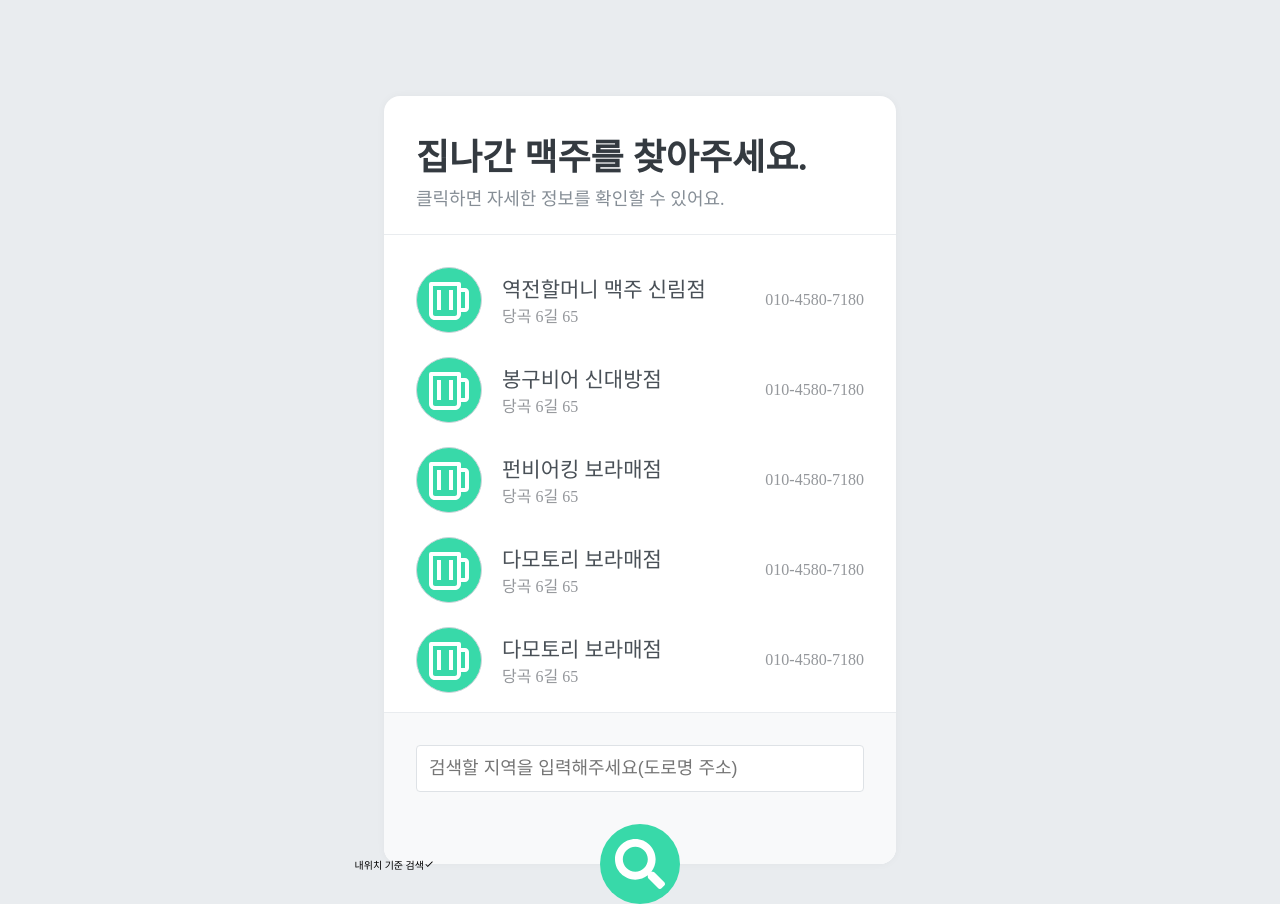
Repository: THE-SOPT-WEB/kimNamjun
Page: / (app in week4/bring-my-beer/)
The author's editor kept a copy of each file at every save. The page is drawn from the files as they stood at one save, then again after the next save.
The browser window is 1280 px wide. The pictures show the whole page.
An inner scrolling area shows only its first screen. The project was rebuilt for these pictures with package versions that can differ from the ones it lists, and the page was loaded fresh each time.

Above is the page before, as saved 2022-05-13 02:07:56.

After the next save:
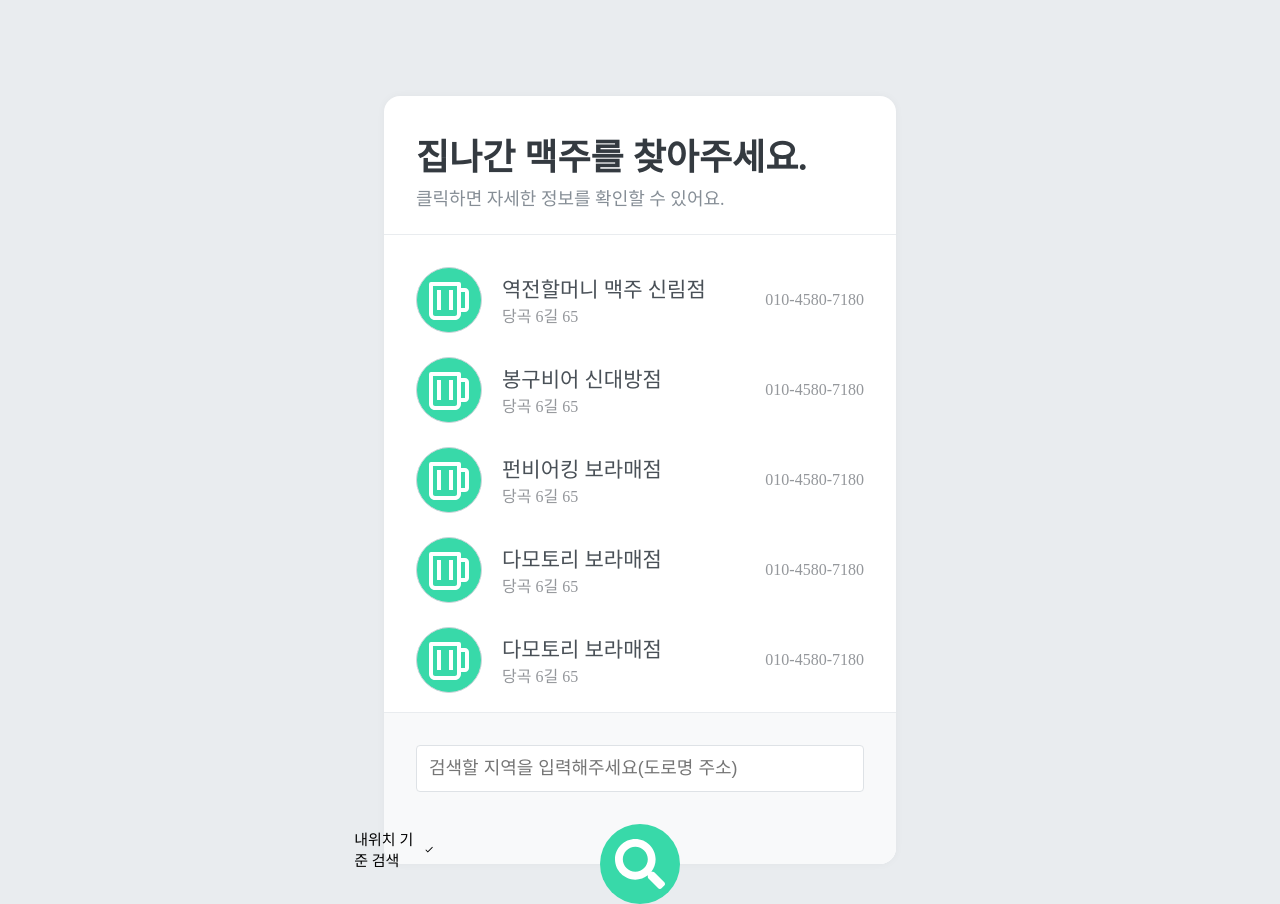
Saved 13 s later.
--- a/week4/bring-my-beer/src/components/Search.jsx
+++ b/week4/bring-my-beer/src/components/Search.jsx
@@ -65,10 +65,10 @@ const CheckBox = styled.div`
   display: block;
   align-items: center;
   justify-content: center;
-  font-size: 10px;
+  font-size: 15px;
   position: absolute;
   left: 2%;
-  bottom: 0px;
+  bottom: 15px;
   transform: translate(-50%, 50%);
   border-radius: 50%;
   border: none;
